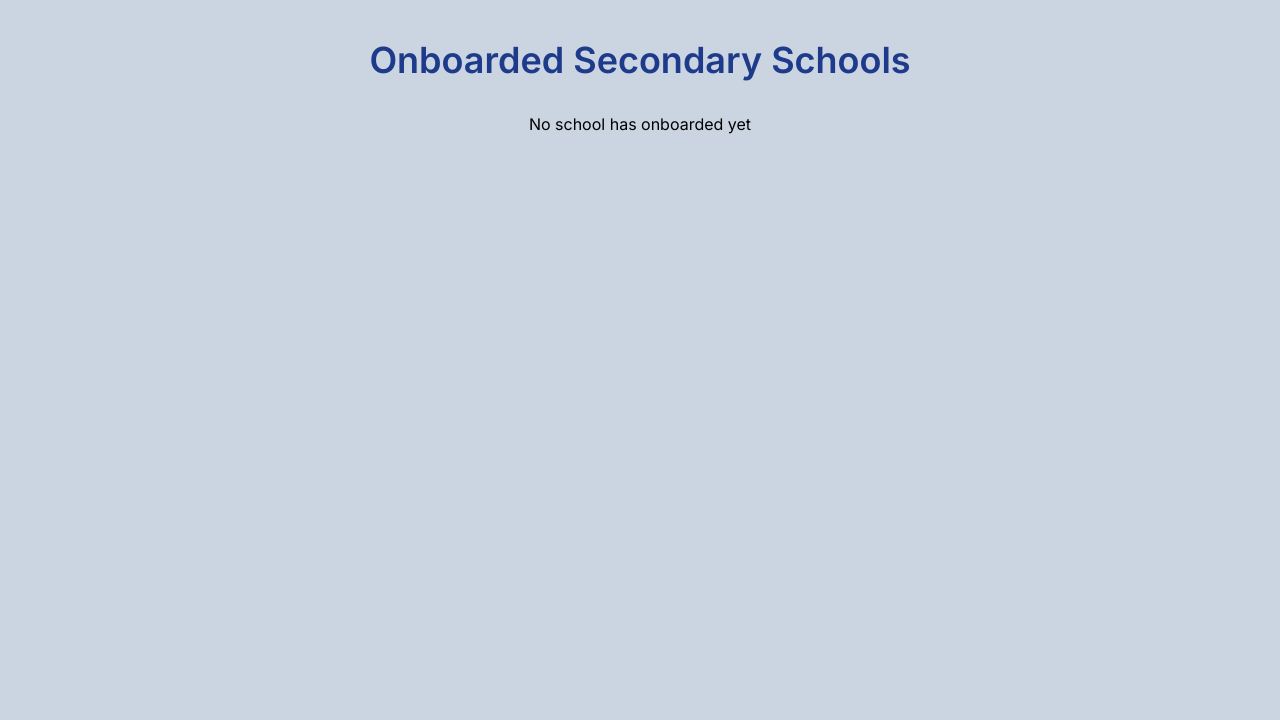
Repository: marcusdashe/fullstack-ts
Page: /
These files come from the project's save history. The page is drawn as it stood at one moment and after the next save; the edit follows.
The browser window is 1280 px wide. The pictures show the whole page.
The page's requests for data from a server got no answer. The project was rebuilt for these pictures with package versions that can differ from the ones it lists, and the page was loaded fresh each time. The framework's server and built-in components were replaced by stand-ins that run in the browser. No one was signed in, and anything a server would have sent is missing. Also part of the build but not shown: next.config.js, app/components/SchoolCard.tsx.

Above is the page before, as saved 2023-07-28 09:31:14.

### app/layout.tsx
import "./globals.css";
import type { Metadata } from "next";
import { Inter } from "next/font/google";

const inter = Inter({
  weight: ["400", "600"],
  subsets: ["latin"],
});

export const metadata: Metadata = {
  title: "SMP",
  description: "School Management System for Secondary School",
  keywords: ["smp", "lms", "marcus"],
};

export default function RootLayout({
  children,
}: {
  children: React.ReactNode;
}) {
  return (
    <html lang="en">
      <body className={inter.className}>{children}</body>
    </html>
  );
}

### app/page.tsx
import Image from "next/image";
import React from "react";
import Head from "next/head";
import SchoolListed from "@/app/components/SchoolListed";

export default function Home() {
  return (
    <div className="bg-slate-300 min-h-screen">
      <Head>
        <title>School List</title>
        <meta name="description" content="A school management system" />
      </Head>

      <main className="container mx-auto py-10 px-4 flex flex-col items-center justify-center">
        <h1 className="text-4xl font-bold mb-8 text-blue-900">
          Onboarded Secondary Schools
        </h1>
        <SchoolListed />
      </main>
    </div>
  );
}

### app/components/SchoolListed.tsx
"use client";

import React, { useState, useEffect } from "react";
import SchoolService, { School } from "@/app/services/api/school.service";
import SchoolCard from "@/app/components/SchoolCard";

const SchoolListed: React.FC = () => {
  const [schoolArray, setSchoolArray] = useState<School[]>([]);
  const [loading, setLoading] = useState<Boolean>(true);

  useEffect(() => {
    const fetchSchools = async () => {
      try {
        const response = await SchoolService.fetchAllSchools();
        // if (response.statusText !== "ok")
        //   throw Error("Did not receive expected data");
        console.log(response.data);
        setSchoolArray(response.data);
      } catch (error: any) {
        console.log(error.message);
      } finally {
        setLoading(false);
      }
    };
    setTimeout(() => {
      (async () => await fetchSchools())();
    }, 2000);
  }, []);
  return (
    <>
      <div className="grid grid-cols-1">
        {schoolArray.length > 0 ? (
          <>
            {schoolArray.map((school: School) => (
              <SchoolCard key={school.schoolEmail} {...school} />
            ))}
          </>
        ) : (
          <>
            <p>No school has onboarded yet</p>
          </>
        )}
      </div>
    </>
  );
};

export default SchoolListed;

### app/services/api/school.service.ts
import axios, { AxiosResponse } from "axios";
import config from "../config";

export interface School {
  schoolName: string;
  schoolAddress: string;
  schoolPhoneNumber: string;
  schoolWebsite: string;
  schoolEmail: string;
  schoolLogo: string;
}

const API_URL: string = config.API_BASE_URL;

class SchoolService {
  static client = axios.create({
    baseURL: API_URL,
  });

  async registerSchool(school: School): Promise<AxiosResponse<School>> {
    const response = await SchoolService.client.post<School>(
      "/schools/create",
      school
    );
    return response;
  }

  async fetchAllSchools(): Promise<AxiosResponse<School[]>> {
    const response = await SchoolService.client.get<School[]>("/schools/all");
    return response;
  }

  async fetchSchoolById(id: number): Promise<AxiosResponse<School>> {
    const response = await SchoolService.client.get<School>(`/school/${id}`);
    return response;
  }

  async updateSchool6(
    school: School,
    id: number
  ): Promise<AxiosResponse<School>> {
    const response = await SchoolService.client.put<School>(
      `/schools/${id}`,
      school
    );
    return response;
  }

  async delSchoolById(id: number): Promise<AxiosResponse<void>> {
    const response = await SchoolService.client.delete<void>(`/schools/${id}`);
    return response;
  }

  async fetchSchoolByName(schoolName: string): Promise<AxiosResponse<School>> {
    const response = await SchoolService.client.get<School>(
      `/schools/byName/${schoolName}`
    );
    return response;
  }

  async fetchSchoolByPhoneNumber(
    phoneNumber: string
  ): Promise<AxiosResponse<School>> {
    const response = await SchoolService.client.get<School>(
      `/schools/byPhoneNumber/${phoneNumber}`
    );
    return response;
  }

  async fetchSchoolByWebsite(
    schoolWebsite: string
  ): Promise<AxiosResponse<School>> {
    const response = await SchoolService.client.get<School>(
      `/schools/byWebsite/${schoolWebsite}`
    );
    return response;
  }

  async fetchSchoolByEmail(email: string): Promise<AxiosResponse<School>> {
    const response = await SchoolService.client.get<School>(
      `/schools/byEmail/${email}`
    );
    return response;
  }
}

export default new SchoolService();

### app/services/config.ts
export default {
  API_BASE_URL:
    `${process.env.NEXT_PUBLIC_BACKEND_BASE_URL}/api-v1` ||
    "http://localhost:8000/api-v1",
};

### app/components/NavBar.tsx
import React from "react";
import { useRouter } from "next/router";
import Link from "next/link";
// import Logo from "./Logo";
// import { TwitterIcon, GithubIcon, LinkedInIcon } from "./Icons";
// import { motion } from "framer-motion";

type CustomLinkProps = {
  href: string;
  title: string;
  className: string | object;
};

const CustomLink = ({ href, title, className = "" }: CustomLinkProps) => {
  const router = useRouter();

  return (
    <Link href={href} className={`${className} relative group`}>
      {title}
      <span
        className={`h-[1px] inline-block bg-dark absolute left-0 -bottom-0.5 group-hover:w-full transition-[width] ease duration-300 ${
          router.asPath === href ? "w-full" : "w-0"
        }`}
      >
        &nbsp;
      </span>
    </Link>
  );
};

const Navbar: React.FC = () => {
  return (
    <header
      className="w-full px-32 py-8 font-medium
            flex items-center justify-between sticky top-0 z-10 bg-white"
    >
      <nav>
        <CustomLink href="/" title="Home" className="mr-4" />
        <CustomLink href="/about" title="About" className="mx-4" />
      </nav>

      <nav className="flex items-center justify-center flex-wrap">
        <a
          href="https://www.twitter.com/marcusdashe"
          target={"_blank"}
          className="w-6 mx-3"
        >
          {/* <TwitterIcon className="" /> */}
        </a>
        <a
          href="https://www.linkedin.com/in/marcus-dashe-15a088202"
          target={"_blank"}
          className="w-6 mx-3"
        ></a>
        <a
          href="https://www.github.com/marcusdashe"
          target={"_blank"}
          className="w-6 ml-3"
        >
          {/* <GithubIcon /> */}
        </a>
      </nav>
      <div className="absolute left-[50%] top-2 translate-x-[-50]">
        {/* <Logo /> */} Logo
      </div>
    </header>
  );
};

export default Navbar;

Loaded but not shown: app/globals.css (common file); tailwind.config.js (common file)

After the next save:
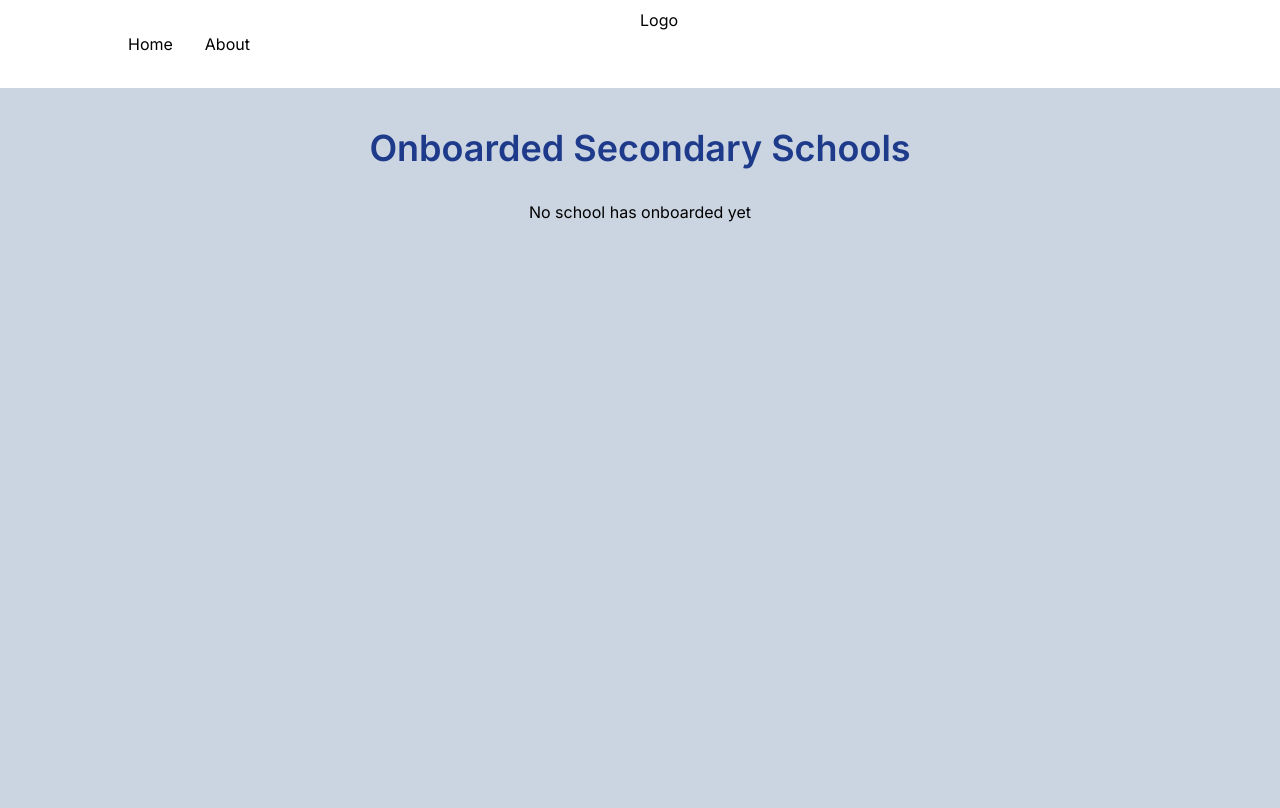
Saved 100 s later.
--- a/app/layout.tsx
+++ b/app/layout.tsx
@@ -1,6 +1,7 @@
 import "./globals.css";
 import type { Metadata } from "next";
 import { Inter } from "next/font/google";
+import Navbar from "./components/NavBar";
 
 const inter = Inter({
   weight: ["400", "600"],
@@ -20,7 +21,10 @@ export default function RootLayout({
 }) {
   return (
     <html lang="en">
-      <body className={inter.className}>{children}</body>
+      <body className={inter.className}>
+        <Navbar />
+        {children}
+      </body>
     </html>
   );
 }
